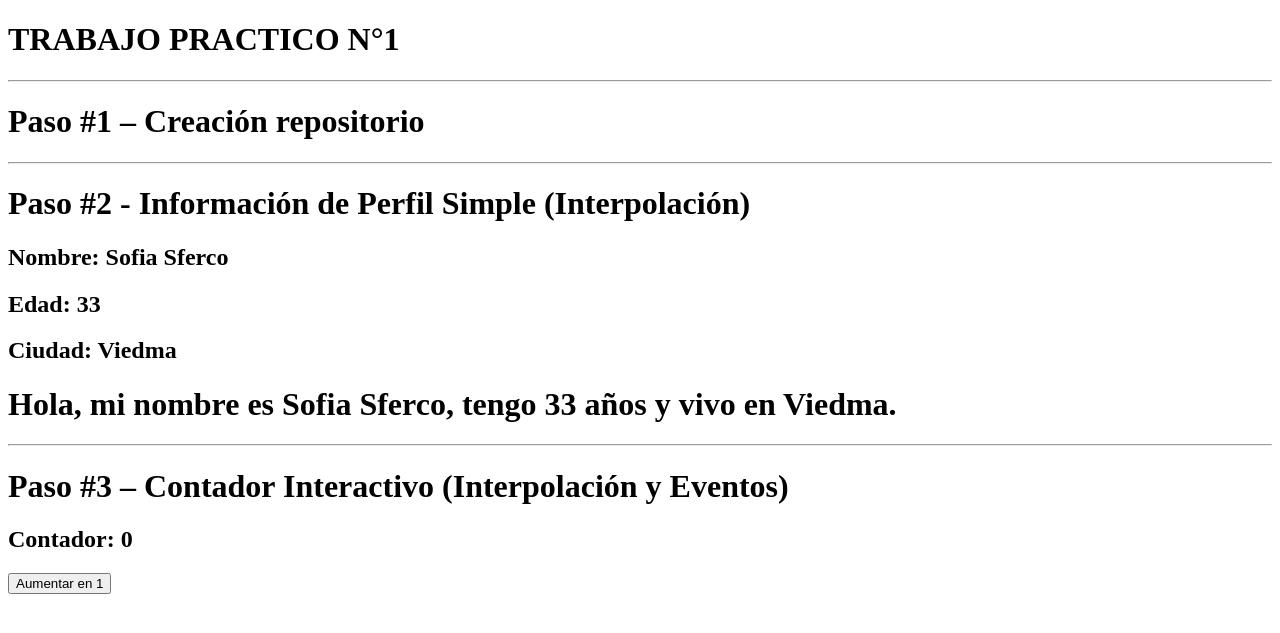
Repository: SofiaSferco/PWA-2026
Page: practico01/index.html
The author's editor kept a copy of each file at every save. The page is drawn from the files as they stood at one save, then again after the next save.
The browser window is 1280 px wide. The pictures show the whole page.

Above is the page before, as saved 2026-09-10 00:44:22.

### practico01/index.html
<!DOCTYPE html>
<html lang="en">
<head>
    <meta charset="UTF-8">
    <title>Practico 01</title>
    <script src="https://cdn.jsdelivr.net/npm/vue/dist/vue.js"></script>
</head>
<body>
    <div id="app">
        <p>
            <h1>TRABAJO PRACTICO N°1</h1>
        </p>
        <hr>
        <h1>Paso #1 – Creación repositorio</h1>
        <hr>
        <h1>Paso #2 - Información de Perfil Simple (Interpolación)</h1>
        <h2>Nombre: {{nombre}}</h2>
        <h2>Edad: {{edad}}</h2>
        <h2>Ciudad: {{ciudad}}</h2>
        <h1>Hola, mi nombre es {{nombre}}, tengo {{edad}} años y vivo en {{ciudad}}.</h1>
        <hr>
        <h1>Paso #3 – Contador Interactivo (Interpolación y Eventos)</h1>
        <h2>Contador: {{contador}}</h2>
        <button v-on:click="aumentar">Aumentar en 1</button>
    </div>
    <script>
       var app= new Vue({
           el: '#app',
           data: {
               nombre: 'Sofia Sferco',
               edad: 33,
               ciudad: 'Viedma',
               contador: 0,
           },
            methods: {
               aumentar: function() {
                    this.contador++;
               },
               decrementar: function() {
                    this.contador--;
               },
           }
       })
    </script>
</body>
</html>

After the next save:
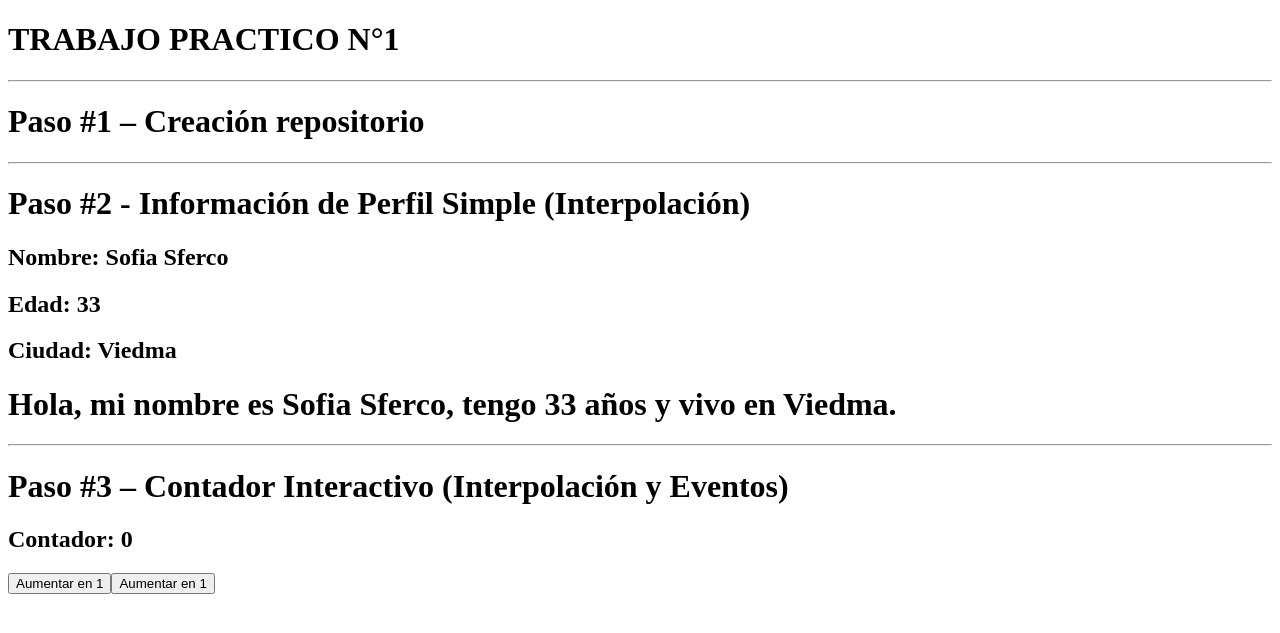
Saved 17 s later.
--- a/practico01/index.html
+++ b/practico01/index.html
@@ -21,7 +21,7 @@
         <hr>
         <h1>Paso #3 – Contador Interactivo (Interpolación y Eventos)</h1>
         <h2>Contador: {{contador}}</h2>
-        <button v-on:click="aumentar">Aumentar en 1</button>
+        <button v-on:click="aumentar">Aumentar en 1</button><button v-on:click="aumentar">Aumentar en 1</button>
     </div>
     <script>
        var app= new Vue({
